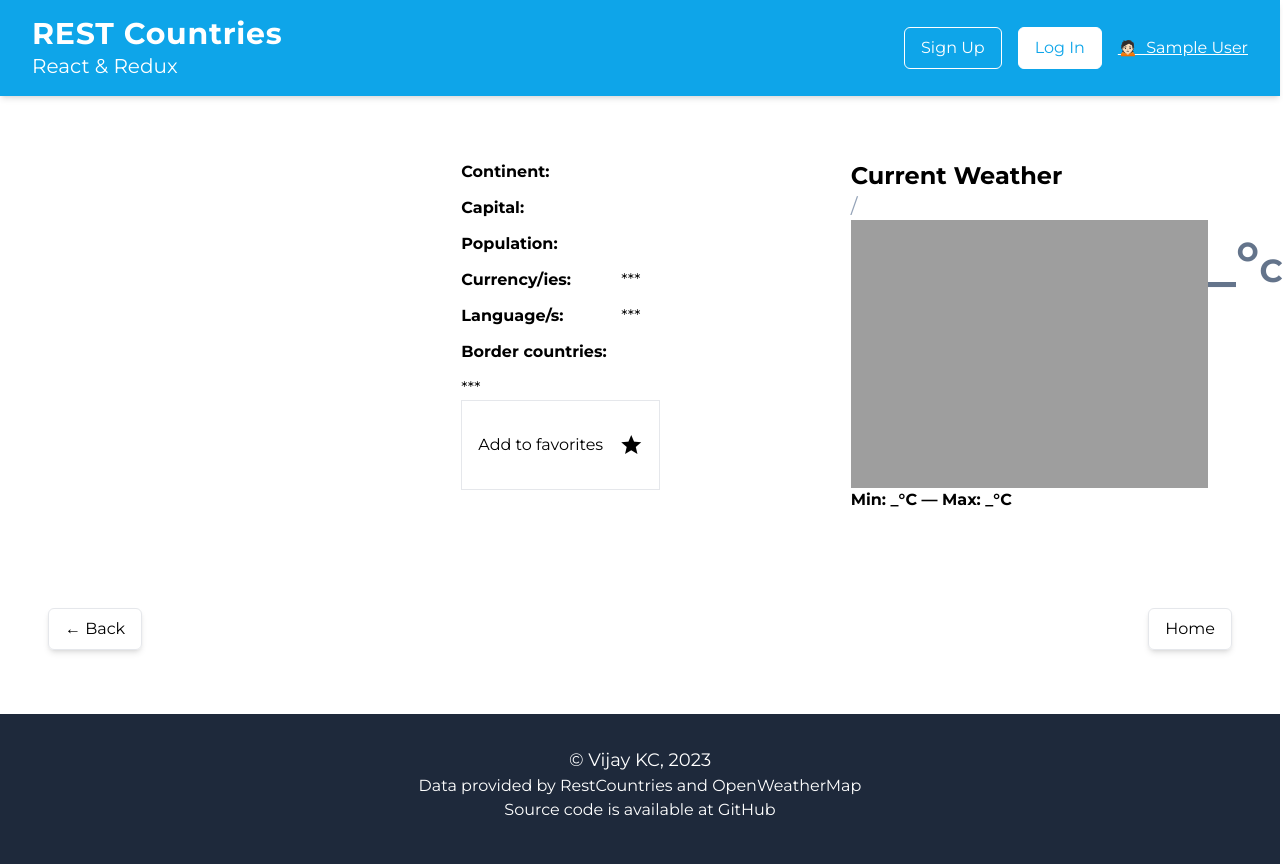
Repository: kcvijay/rest_countries_react_redux
Page: /favorites
The author's editor kept a copy of each file at every save. The page is drawn from the files as they stood at one save, then again after the next save.
The browser window is 1280 px wide. The page is 1283 px wide, so the pictures cover 1283 px, including what lies to the right of the window. The pictures show the whole page.
Pictures or frames that could not be fetched are drawn as grey boxes. The page's requests for data from a server got no answer. The project was rebuilt for these pictures with package versions that can differ from the ones it lists, and the page was loaded fresh each time. No one was signed in, and anything a server would have sent is missing. Also part of the build but not shown: src/components/CountryCard.jsx, src/components/Home.jsx, src/components/NotFound.jsx.

Above is the page before, as saved 2023-03-20 20:01:45.

### public/index.html
<!DOCTYPE html>
<html lang="en">
  <head>
    <meta charset="utf-8" />
    <link rel="icon" href="%PUBLIC_URL%/favicon.ico" />
    <meta name="viewport" content="width=device-width, initial-scale=1" />
    <meta name="theme-color" content="#000000" />
    <meta
      name="description"
      content="REST Countries App created with React and Redux"
    />
    <link rel="manifest" href="%PUBLIC_URL%/manifest.json" />
    <link
      href="https://fonts.googleapis.com/icon?family=Material+Icons"
      rel="stylesheet"
    />
    <title>REST Countries App</title>

    <style>
      @import url("https://fonts.googleapis.com/css2?family=Montserrat:wght@400;700&display=swap");
    </style>
  </head>
  <body>
    <noscript>You need to enable JavaScript to run this app.</noscript>
    <div id="root"></div>
  </body>
</html>

### src/index.js
import React from "react";
import ReactDOM from "react-dom/client";
import App from "./App";
import "./index.css";

// Redux
import { store } from "./app/store";
import { Provider } from "react-redux";

const root = ReactDOM.createRoot(document.getElementById("root"));
root.render(
  <Provider store={store}>
    <App />
  </Provider>
);

### src/App.js
import React from "react";
import { BrowserRouter, Routes, Route } from "react-router-dom";

import Layout from "./pages/Layout";
import SingleCountry from "./components/SingleCountry";
import Home from "./components/Home";
import NotFound from "./components/NotFound";

const App = () => {
  return (
    <BrowserRouter>
      <Routes>
        <Route path="/" element={<Layout />}>
          <Route index element={<Home />} />
          <Route path="/:singlecountry" element={<SingleCountry />} />
          <Route path="*" element={<NotFound />} />
        </Route>
      </Routes>
    </BrowserRouter>
  );
};

export default App;

### src/app/store.js
import { configureStore } from "@reduxjs/toolkit";
import countriesReducer from "../features/countries/countriesSlice";
import countryReducer from "../features/countries/countriesSlice";
import weatherReducer from "../features/countries/countriesSlice";

export const store = configureStore({
  reducer: {
    countries: countriesReducer,
    country: countryReducer,
    weather: weatherReducer,
  },
});

### src/pages/Layout.jsx
import React from "react";

import Header from "../components/Header";
import Main from "../components/Main";
import Footer from "../components/Footer";

const Layout = () => {
  return (
    <div className="flex flex-col min-h-[100vh] relative">
      <Header />
      <Main />
      <Footer />
    </div>
  );
};

export default Layout;

### src/components/SingleCountry.jsx
import React, { useEffect } from "react";
import { useNavigate, useParams } from "react-router-dom";
import { useDispatch, useSelector } from "react-redux";
import { showSingleCountry } from "../features/countries/countryAction";
import { getWeather } from "../features/countries/weatherAction";

import loader from "../assets/loader.gif";
import Weather from "./Weather";

const SingleCountry = () => {
  const params = useParams();
  const navigate = useNavigate();
  const dispatch = useDispatch();

  const country = useSelector((state) => state.country.countryData);
  const weather = useSelector((state) => state.weather.weatherData);
  const loading = useSelector((state) => state.country.loading);

  useEffect(() => {
    if (!loading) {
      const fetchCountryData = async () => {
        dispatch(showSingleCountry(params.singlecountry));
        const capital = country[0]?.capital[0];
        console.log(capital);
        dispatch(getWeather(capital, process.env.REACT_APP_APP_ID));
      };
      fetchCountryData();
    }
  }, [dispatch, params]);

  const pageRedirectHandler = (el) => {
    return navigate(`/${el}`, { replace: false });
  };

  if (loading) {
    return (
      <div className="flex justify-center items-center m-16">
        <img className="backdrop" src={loader} alt="Loader animation" />
      </div>
    );
  }

  return (
    <div className="max-w-[1200px] my-16 mx-auto">
      <div className="grid md:grid-cols-2 lg:grid-cols-3 gap-8 mt-8 mx-8">
        <figure>
          <img
            className="shadow-md max-h-[220px] max-w-[320px] "
            src={country[0]?.flags?.svg}
            alt={country[0]?.name?.common}
          />
          <div className="mt-4">
            <h2 className="text-2xl font-bold">{country[0]?.name?.common}</h2>
            <p className="text-xl text-slate-400">
              {country[0]?.name?.official}
            </p>
          </div>
        </figure>

        <div>
          <ul>
            <li>
              <span className="inline-block w-[160px] font-bold mb-3">
                Continent:
              </span>
              {country[0]?.continents}
            </li>
            <li>
              <span className="inline-block w-[160px] font-bold mb-3">
                Capital:
              </span>
              {country[0]?.capital || country[0]?.name.common}
            </li>

            <li>
              <span className="inline-block w-[160px] font-bold mb-3">
                Population:
              </span>
              {country[0]?.population.toLocaleString()}
            </li>
            <li>
              <span className="inline-block w-[160px] font-bold mb-3">
                Currency/ies:
              </span>
              <span className="overflow-x-scroll">
                {country[0]?.currencies
                  ? Object.values(country[0]?.currencies)
                      .map((el) => el.name)
                      .join(", ")
                  : "***"}
              </span>
            </li>
            <li>
              <span className="inline-block w-[160px] font-bold mb-3">
                Language/s:
              </span>
              {country[0]?.languages
                ? Object.values(country[0]?.languages)
                    .map((el) => el)
                    .join(", ")
                : "***"}
            </li>
            <li>
              <span className="inline-block w-[160px] font-bold mb-3">
                Border countries:
              </span>
              <div className="flex flex-wrap justify-start items-center">
                {country[0]?.borders
                  ? country[0]?.borders.map((border) => (
                      <span
                        onClick={() => pageRedirectHandler(border)}
                        key={border}
                        className="bg-sky-500 px-4 py-2 text-white my-2 mr-2 rounded-md shadow-md cursor-pointer text-wrap hover:bg-white hover:text-sky-500 active:shadow-none duration-300"
                      >
                        {border}
                      </span>
                    ))
                  : "***"}
              </div>
            </li>
            <li>
              <button className="flex justify-between gap-4 items-center border px-4 py-8">
                <p> Add to favorites </p>
                <p className="material-icons">star</p>
              </button>
            </li>
          </ul>
        </div>
        <Weather
          name={country[0]?.name.common}
          capital={country[0]?.capital}
          temp={
            weather?.main?.temp
              ? (weather?.main?.temp - 273.15).toFixed(0)
              : "_"
          }
          tempMin={
            weather?.main?.temp_min
              ? (weather?.main?.temp_min - 273.15).toFixed(0)
              : "_"
          }
          tempMax={
            weather?.main?.temp_max
              ? (weather?.main?.temp_max - 273.15).toFixed(0)
              : "_"
          }
          condition={weather?.main?.description}
          icon={weather?.main?.icon}
        />
      </div>
      <div className="flex justify-between mt-24">
        <button
          onClick={() => navigate(-1)}
          className="border py-2 px-4 mx-2 rounded-md shadow-md hover:bg-sky-400 hover:text-white duration-300"
        >
          &larr;&nbsp;Back
        </button>
        <button
          className="border py-2 px-4 mx-2 rounded-md shadow-md hover:bg-sky-400 hover:text-white duration-300"
          onClick={() => navigate("/")}
        >
          Home
        </button>
      </div>
    </div>
  );
};

export default SingleCountry;

### src/features/countries/countriesSlice.js
import { createSlice } from "@reduxjs/toolkit";
import { getWeather } from "./weatherAction";
import { showAllCountries } from "./countriesAction";
import { showSingleCountry } from "./countryAction";

const initialState = {
  loading: false,
  success: false,
  countriesData: [],
  countryData: [],
  weatherData: [],
};

export const countriesSlice = createSlice({
  name: "countries",
  initialState: initialState,
  reducers: {},

  extraReducers: (builder) => {
    builder
      .addCase(showAllCountries.pending, (state) => {
        state.loading = true;
      })
      .addCase(showAllCountries.fulfilled, (state, action) => {
        state.loading = false;
        state.countriesData = action.payload;
        state.success = true;
      })
      .addCase(showSingleCountry.pending, (state) => {
        state.loading = true;
      })
      .addCase(showSingleCountry.fulfilled, (state, action) => {
        state.loading = false;
        state.countryData = action.payload;
        state.success = true;
      })
      .addCase(getWeather.pending, (state) => {
        state.loading = true;
      })
      .addCase(getWeather.fulfilled, (state, action) => {
        state.loading = false;
        state.weatherData = action.payload;
        state.success = true;
      });
  },
});

export default countriesSlice.reducer;

### src/components/Header.jsx
import React from "react";
import { Link } from "react-router-dom";

const Header = () => {
  return (
    <header className="bg-sky-500 flex justify-between items-center py-4 px-8 flex-wrap gap-4 shadow-md sticky top-0 z-999">
      <div>
        <Link to="/">
          <h1 className="text-3xl text-white space-2 font-bold tracking-wide">
            REST Countries
          </h1>
          <p className="text-xl text-white">React & Redux</p>
        </Link>
      </div>
      <div className="flex justify-center items-center gap-4">
        <div>
          <button className="border border-white py-2 px-4 text-white rounded-md mr-4 hover:bg-white hover:text-sky-500 duration-300">
            Sign Up
          </button>
          <button className="border bg-white border-white py-2 px-4 text-sky-500 rounded-md  hover:bg-sky-500 hover:text-white duration-300">
            Log In
          </button>
        </div>
        <p className="text-white underline">🙍🏻 &nbsp;Sample User</p>
      </div>
    </header>
  );
};

export default Header;

### src/components/Main.jsx
import React from "react";

import { Outlet } from "react-router-dom";

const Main = () => {
  return (
    <div className="flex-1">
      <Outlet />
    </div>
  );
};

export default Main;

### src/components/Footer.jsx
import React from "react";
import { Link } from "react-router-dom";

const Footer = () => {
  const date = new Date();
  const year = date.getFullYear();
  return (
    <div className="min-h-[150px] text-center bg-slate-800 text-white py-8">
      <p className="text-lg">&copy; Vijay KC, {year}</p>
      <p>
        Data provided by{" "}
        <Link
          className="hover:underline"
          to="https://restcountries.com"
          target="_blank noreferer"
        >
          RestCountries
        </Link>{" "}
        and{" "}
        <Link
          className="hover:underline"
          to="https://openweatermap.org"
          target="_blank noreferer"
        >
          OpenWeatherMap
        </Link>
      </p>
      <p>
        Source code is available at{" "}
        <Link
          className="hover:underline"
          to="https://github.com"
          target="_blank noreferer"
        >
          GitHub
        </Link>
      </p>
    </div>
  );
};

export default Footer;

### src/features/countries/countryAction.js
import axios from "axios";
import { createAsyncThunk } from "@reduxjs/toolkit";

// For single country

export const showSingleCountry = createAsyncThunk(
  "countries/showAll",
  async (code) => {
    const response = await axios.get(
      `https://restcountries.com/v3.1/alpha/${code}`
    );
    return response.data;
  }
);

### src/features/countries/weatherAction.js
import axios from "axios";
import { createAsyncThunk } from "@reduxjs/toolkit";

export const getWeather = createAsyncThunk(
  "getWeather/city",
  async (city, id) => {
    // const response =
    //   // await axios.get`https://api.openweathermap.org/data/2.5/weather?q=${city}&appid=${id}`;
    // return response.data;
  }
);

### src/components/Weather.jsx
import React from "react";

const Weather = ({
  name,
  capital,
  temp,
  icon,
  tempMax,
  tempMin,
  condition,
}) => {
  return (
    <div>
      <h2 className="text-2xl font-bold">Current Weather</h2>
      <p className="text-xl text-slate-400">
        {name} / {capital}
      </p>

      <div className="flex justify-start">
        <img
          src={`https://openweathermap.org/img/wn/${icon}@2x.png`}
          alt="weather icon"
        />
        <p className="text-[56px] text-slate-500 font-bold">
          {temp}°<span className="text-[32px]">C</span>
        </p>
      </div>
      <p className="capitalize">{condition}</p>

      <p className="text font-bold">
        Min: {tempMin}°C &mdash; Max: {tempMax}°C
      </p>
    </div>
  );
};

export default Weather;

### src/features/countries/countriesAction.js
import axios from "axios";
import { createAsyncThunk } from "@reduxjs/toolkit";

// All countries

export const showAllCountries = createAsyncThunk(
  "countries/showOne",
  async () => {
    const response = await axios.get(`https://restcountries.com/v3.1/all`, {});
    return response.data;
  }
);

### tailwind.config.js
/** @type {import('tailwindcss').Config} */
module.exports = {
  content: ["./src/**/*.{js,jsx,ts,tsx}"],
  theme: {
    fontFamily: {
      sans: ["Montserrat, sans-serif"],
    },
    extend: {},
  },
  plugins: [],
};

Loaded but not shown: src/index.css (common file)

After the next save:
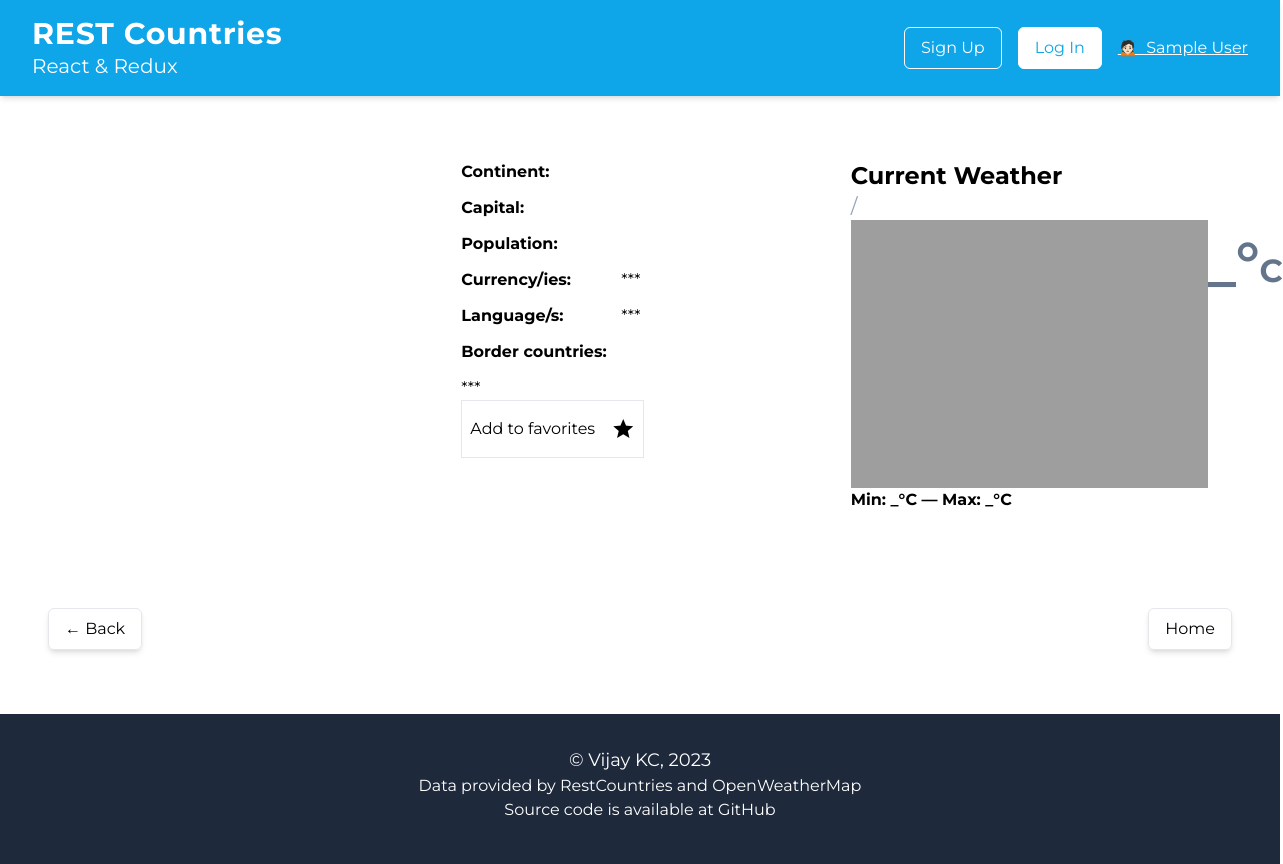
Saved 5 s later.
--- a/src/components/SingleCountry.jsx
+++ b/src/components/SingleCountry.jsx
@@ -119,7 +119,7 @@ const SingleCountry = () => {
               </div>
             </li>
             <li>
-              <button className="flex justify-between gap-4 items-center border px-4 py-8">
+              <button className="flex justify-between gap-4 items-center border px-2 py-4">
                 <p> Add to favorites </p>
                 <p className="material-icons">star</p>
               </button>
